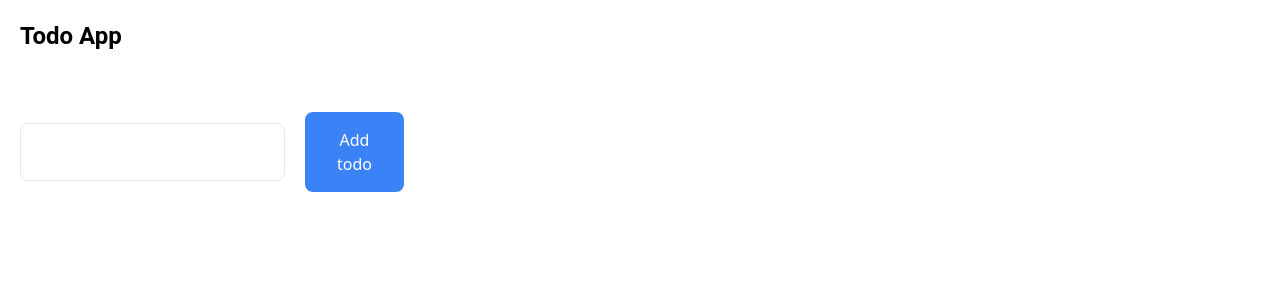
Repository: vophuocthanh/react-typescript
Page: /
An editor plug-in stored every save of this project. The page is shown before and after the next save, followed by the edit.
The browser window is 1280 px wide. The pictures show the whole page.
The project was rebuilt for these pictures with package versions that can differ from the ones it lists, and the page was loaded fresh each time. Also part of the build but not shown: vite.config.ts.

Above is the page before, as saved 2023-04-07 13:21:11.

After the next save:
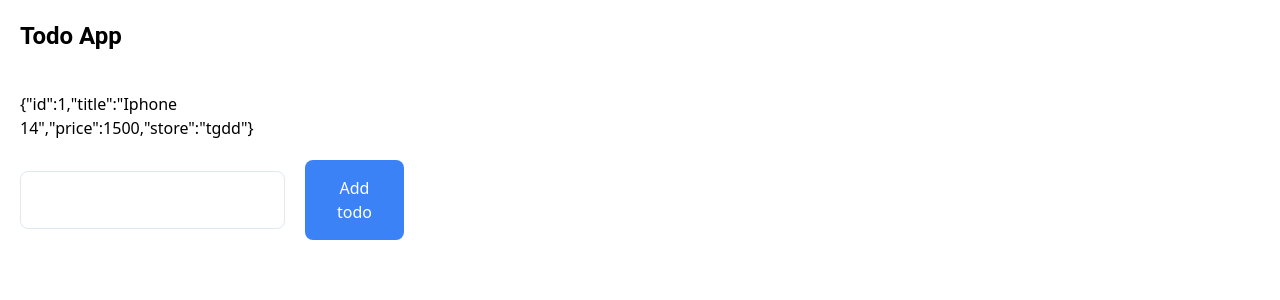
Saved 2 min 14 s later.
--- a/src/App.tsx
+++ b/src/App.tsx
@@ -57,7 +57,7 @@ const App = () => {
         ></RenderList>
         <RenderList
           items={products}
-          render={(products) => <div></div>}
+          render={(products) => <div>{JSON.stringify(products)}</div>}
         ></RenderList>
         {/* <div className="flex flex-col mb-5 gap-y-5">
           {todos.map((todo) => (
